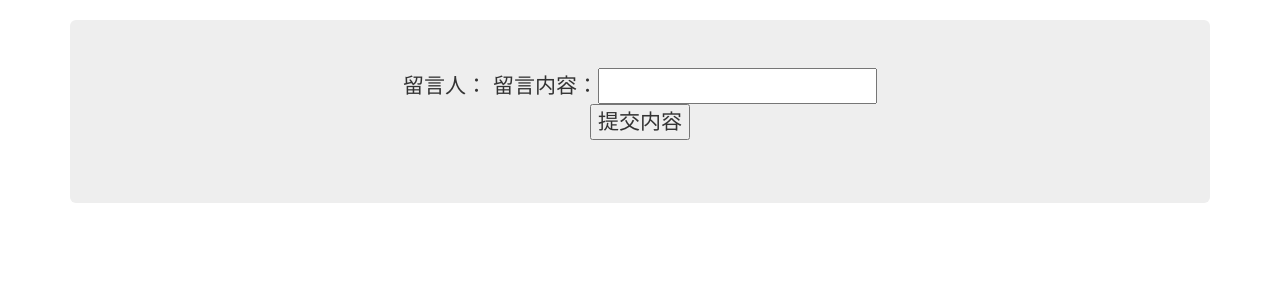
Repository: suxiaohutot/PHP
Page: http://localhost/liuyanhtml.php
The author's editor kept a copy of each file at every save. The page is drawn from the files as they stood at one save, then again after the next save.
The browser window is 1280 px wide. The pictures show the whole page.
The page is run by PHP 8.4 with error messages shown; the project is at /var/www/html/. The session is filled in as if someone had signed in: {"username": "testuser", "id": 1}. Other server files are loaded and not shown.

Above is the page before, as saved 2019-11-01 08:43:27.

### test/liuyanhtml.php
<?php
session_start();
?>
<html>
<head>
<meta charset="utf-8"/>
<link href="css/bootstrap.min.css" rel="stylesheet" />
	<style type="text/css">
	   body{ text-align:center}
	</style>
</head>
<body>
<br>
<div class="container">
	<div class="jumbotron">
        <form action="liuyan.php" method="post">
        	<p>留言人：</<?php echo $_SESSION['username'] ?>
            <br>
    		留言内容：<input type="text" name="cont">
            <br>
            <input type="submit" name="tijiao" value="提交内容">
            <br>
        </form>
   </div>
</div>
</body>
</html>

Loaded but not shown: test/css/bootstrap.min.css (library)

After the next save:
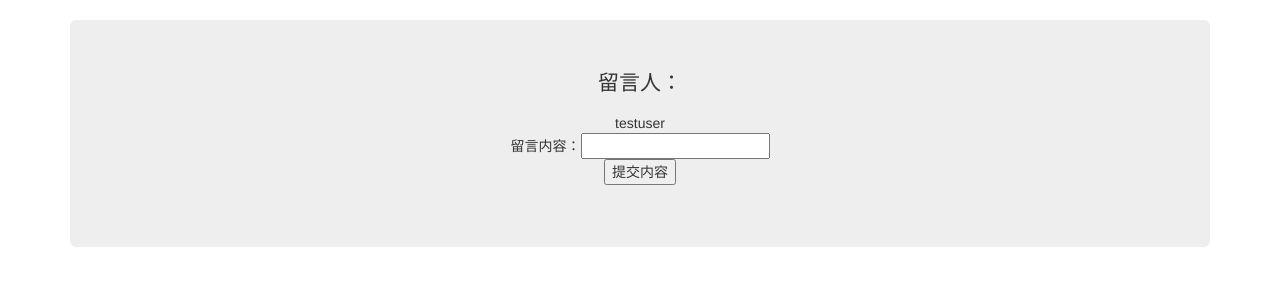
Saved 4 s later.
--- a/test/liuyanhtml.php
+++ b/test/liuyanhtml.php
@@ -14,7 +14,7 @@ session_start();
 <div class="container">
 	<div class="jumbotron">
         <form action="liuyan.php" method="post">
-        	<p>留言人：</<?php echo $_SESSION['username'] ?>
+        	<p>留言人：</p><?php echo $_SESSION['username'] ?>
             <br>
     		留言内容：<input type="text" name="cont">
             <br>
